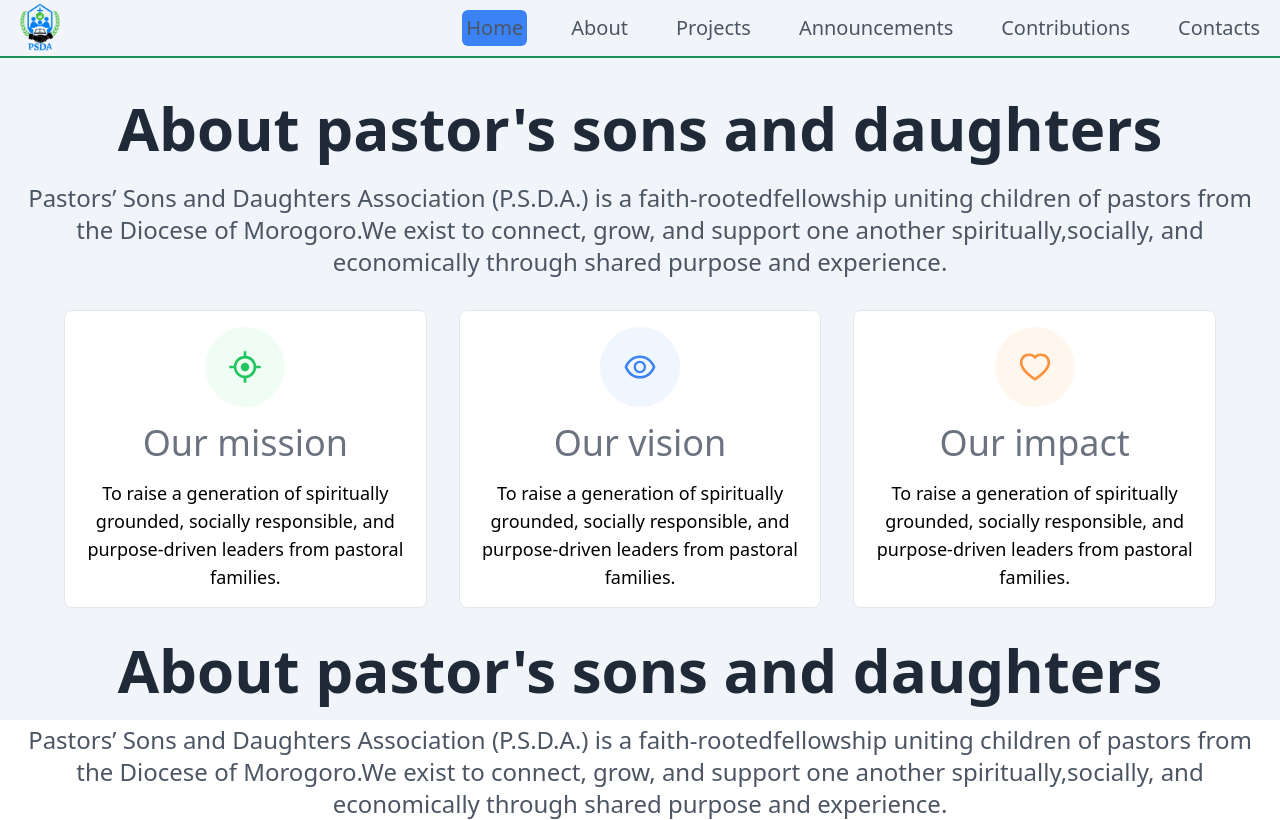
Repository: Zedestar/psda
Page: /about
An editor plug-in stored every save of this project. The page is shown before and after the next save, followed by the edit.
The browser window is 1280 px wide. The pictures show the whole page.
The project was rebuilt for these pictures with package versions that can differ from the ones it lists, and the page was loaded fresh each time. Also part of the build but not shown: src/pages/home/home.jsx, src/pages/projects/projects.jsx, src/pages/announcements/announcements.jsx, src/pages/contirbutions/contributions.jsx, src/pages/contacts/contacts.jsx.

Above is the page before, as saved 2025-07-18 20:32:44.

After the next save:
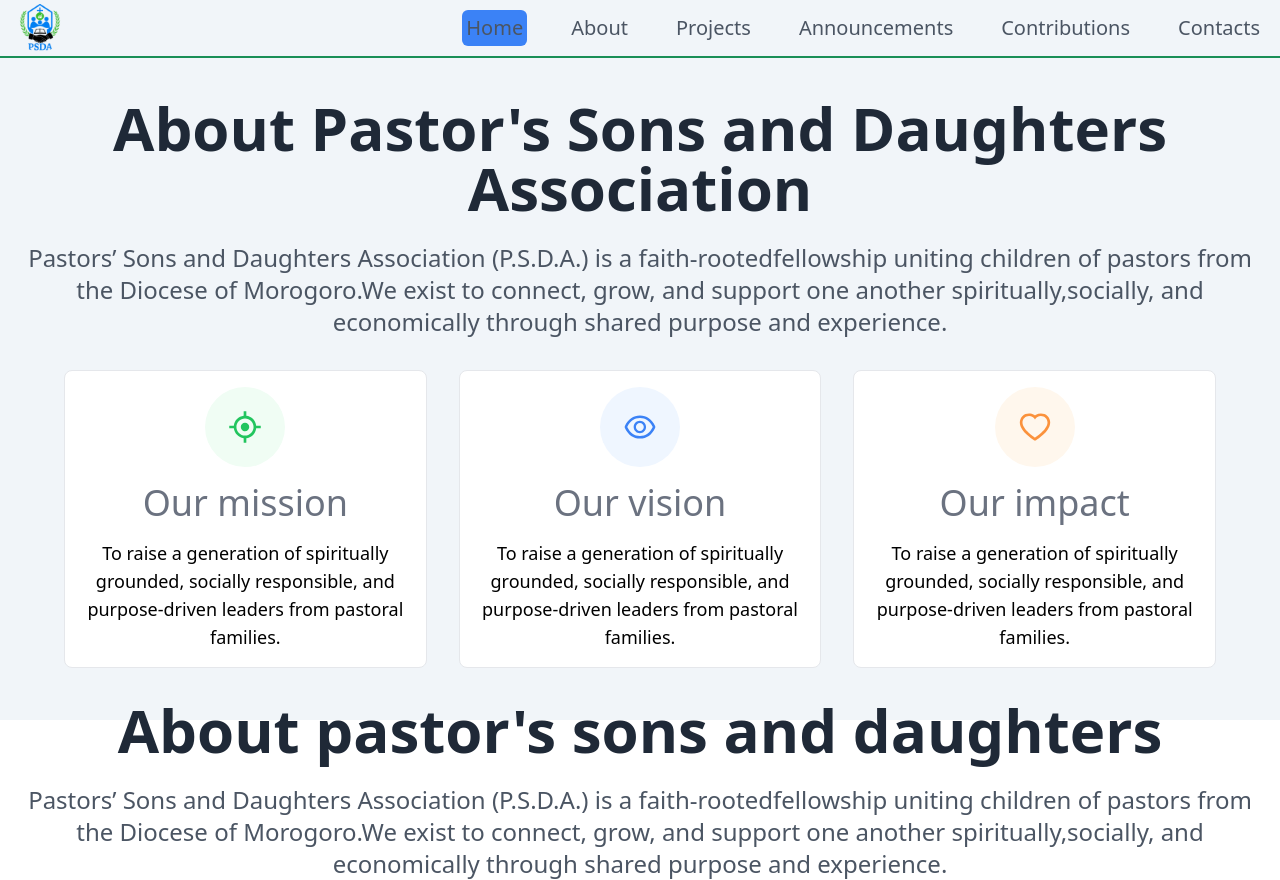
Saved 45 s later.
--- a/src/pages/about/about.jsx
+++ b/src/pages/about/about.jsx
@@ -7,7 +7,7 @@ function AboutPage() {
       <div className="w-full h-full py-5 max-w-screen-2xl flex flex-col items-center">
         <div className="flex flex-col m-5 space-y-6">
           <p className="text-center text-6xl font-semibold text-gray-800">
-            About pastor's sons and daughters
+            About Pastor's Sons and Daughters Association
           </p>
           <p className="text-center text-gray-600 text-2xl">{aboutUsData}</p>
         </div>
